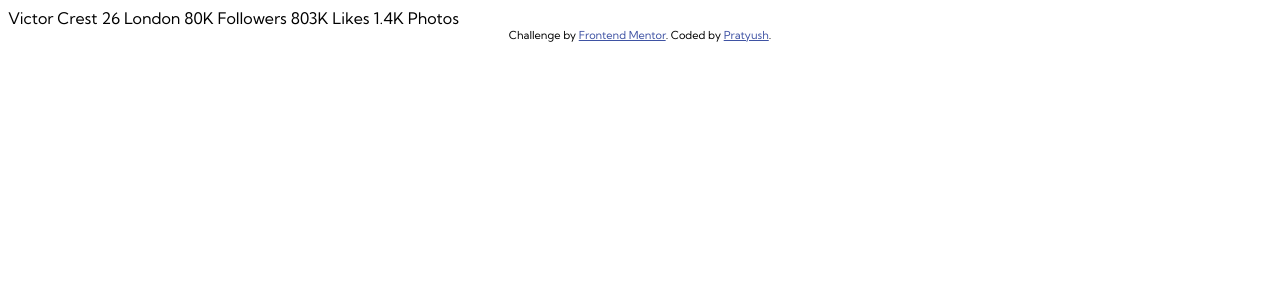
Repository: PratypartyY2K/frontendmentor-challenges
Page: profile-card-component-main/index.html
The author's editor kept a copy of each file at every save. The page is drawn from the files as they stood at one save, then again after the next save.
The browser window is 1280 px wide. The pictures show the whole page.

Above is the page before, as saved 2021-07-15 12:39:12.

### profile-card-component-main/index.html
<!DOCTYPE html>
<html lang="en">
<head>
  <meta charset="UTF-8">
  <meta name="viewport" content="width=device-width, initial-scale=1.0"> <!-- displays site properly based on user's device -->

  <link rel="icon" type="image/png" sizes="32x32" href="./images/favicon-32x32.png">

  <title>Frontend Mentor | Profile card component</title>

  <link rel="stylesheet" href="style.css">

</head>
<body>
  Victor Crest
  26
  London

  80K
  Followers

  803K
  Likes

  1.4K
  Photos
  <div class="attribution">
    Challenge by <a href="https://www.frontendmentor.io?ref=challenge" target="_blank">Frontend Mentor</a>.
    Coded by <a href="https://www.frontendmentor.io/profile/PratypartyY2K"
    target="_blank">Pratyush</a>.
  </div>
</body>
</html>

### profile-card-component-main/style.css
@import url("https://fonts.googleapis.com/css2?family=Kumbh+Sans:wght@400;700&display=swap");

:root {
}

body {
  font-family: "Kumbh Sans", sans-serif;
}

.attribution {
  font-size: 11px;
  text-align: center;
}
.attribution a {
  color: hsl(228, 45%, 44%);
}

After the next save:
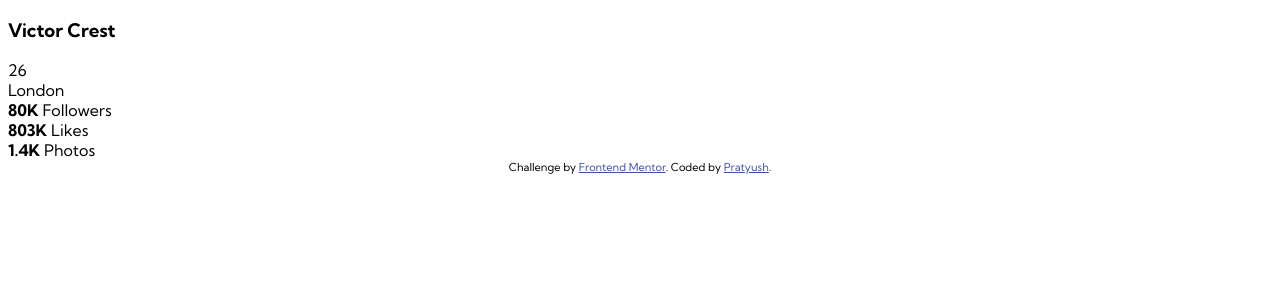
Saved 15 min 22 s later.
--- a/profile-card-component-main/index.html
+++ b/profile-card-component-main/index.html
@@ -1,33 +1,59 @@
 <!DOCTYPE html>
 <html lang="en">
-<head>
-  <meta charset="UTF-8">
-  <meta name="viewport" content="width=device-width, initial-scale=1.0"> <!-- displays site properly based on user's device -->
+  <head>
+    <meta charset="UTF-8" />
+    <meta name="viewport" content="width=device-width, initial-scale=1.0" />
+    <!-- displays site properly based on user's device -->
 
-  <link rel="icon" type="image/png" sizes="32x32" href="./images/favicon-32x32.png">
+    <link
+      rel="icon"
+      type="image/png"
+      sizes="32x32"
+      href="./images/favicon-32x32.png"
+    />
 
-  <title>Frontend Mentor | Profile card component</title>
+    <title>Frontend Mentor | Profile card component</title>
 
-  <link rel="stylesheet" href="style.css">
+    <link rel="stylesheet" href="style.css" />
+  </head>
+  <body>
+    <div class="card-wrapper">
+      <div class="upper-div">
+        <!--background-->
+      </div>
+      <div class="middle-div">
+        <div class="details">
+          <div class="row-1"><h3>Victor Crest</h3>26</div>
+          <div class="row-2">London</div>
+        </div>
+      </div>
+      <div class="stats">
+        <div class="stat_element">
+          <b>80K</b>
+          Followers
+        </div>
+        <div class="stat_element">
+          <b>803K</b>
+          Likes
+        </div>
+        <div class="stat_element">
+          <b>1.4K</b>
+          Photos
+        </div>
+      </div>
+    </div>
 
-</head>
-<body>
-  Victor Crest
-  26
-  London
 
-  80K
-  Followers
-
-  803K
-  Likes
-
-  1.4K
-  Photos
-  <div class="attribution">
-    Challenge by <a href="https://www.frontendmentor.io?ref=challenge" target="_blank">Frontend Mentor</a>.
-    Coded by <a href="https://www.frontendmentor.io/profile/PratypartyY2K"
-    target="_blank">Pratyush</a>.
-  </div>
-</body>
+    <div class="attribution">
+      Challenge by
+      <a href="https://www.frontendmentor.io?ref=challenge" target="_blank"
+        >Frontend Mentor</a
+      >. Coded by
+      <a
+        href="https://www.frontendmentor.io/profile/PratypartyY2K"
+        target="_blank"
+        >Pratyush</a
+      >.
+    </div>
+  </body>
 </html>
